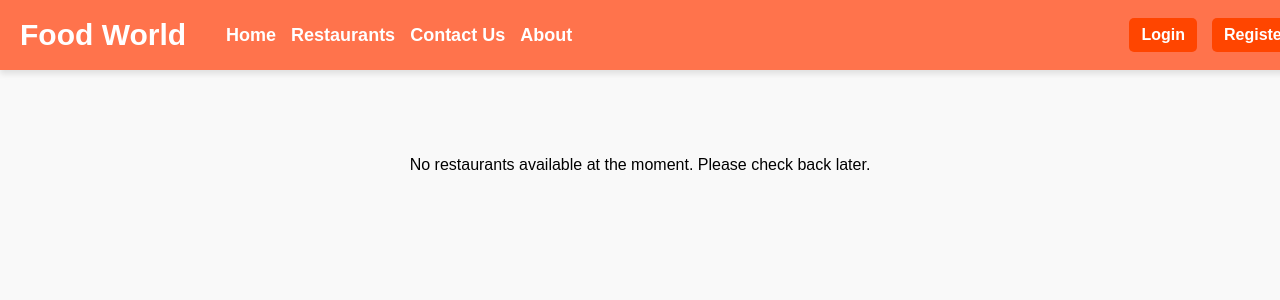
Repository: Sujith-B-S/Food-Application
Page: http://localhost/FoodApplication/home.jsp
An editor plug-in stored every save of this project. The page is shown before and after the next save, followed by the edit.
The browser window is 1280 px wide. The pictures show the whole page.
Some web fonts or font styles are not loaded; a fallback is used. The page is served by Tomcat 9.

Above is the page before, as saved 2024-11-16 17:59:01.

After the next save:
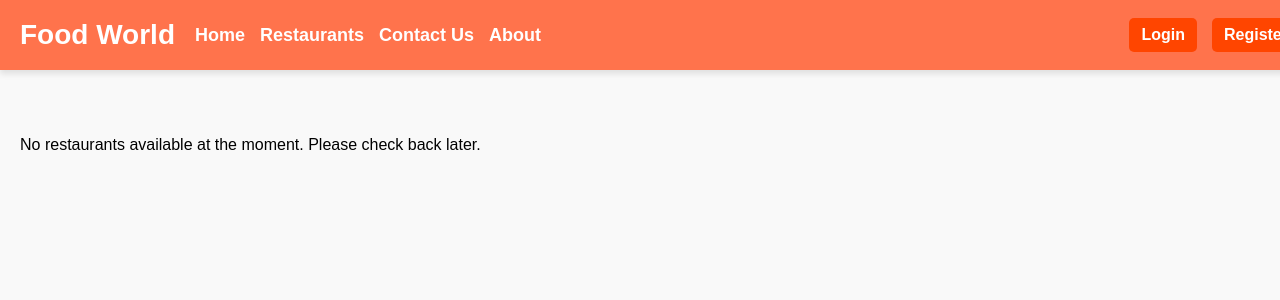
Saved 96 s later.
--- a/FoodApplication/src/main/webapp/home.jsp
+++ b/FoodApplication/src/main/webapp/home.jsp
@@ -40,17 +40,16 @@
         .navbar-left {
             display: flex;
             align-items: center;
-            gap: 20px;
         }
 
         .app-name {
-            font-size: 30px;
+            font-size: 28px;
             font-weight: 700;
             color: white;
             margin-right: 20px;
         }
 
-        .navbar nav {
+        nav {
             display: flex;
             gap: 15px;
         }
@@ -92,25 +91,49 @@
             background-color: #ff3300;
         }
 
-        /* Page Container */
+        /* Hamburger Menu */
+        .hamburger {
+            display: none;
+            flex-direction: column;
+            gap: 5px;
+            cursor: pointer;
+        }
+
+        .hamburger div {
+            width: 25px;
+            height: 3px;
+            background-color: white;
+        }
+
+        .navbar nav {
+            display: flex;
+        }
+
+        .navbar nav.active {
+            display: flex;
+            flex-direction: column;
+            background-color: #FF734C;
+            position: absolute;
+            top: 70px;
+            left: 0;
+            width: 100%;
+            padding: 10px 0;
+            z-index: 999;
+        }
+
         .container {
-            margin-top: 120px;
-            display: flex;
-            flex-wrap: wrap;
+            margin-top: 100px;
+            display: grid;
+            grid-template-columns: repeat(auto-fit, minmax(250px, 1fr));
             gap: 20px;
-            justify-content: center;
             padding: 20px;
-            text-align: center;
-        }
-
-        /* Card Design */
+        }
+
         .card {
-            width: 300px;
             border: 1px solid #ddd;
             border-radius: 10px;
             background-color: #fff;
             box-shadow: 0 4px 8px rgba(0, 0, 0, 0.1);
-            overflow: hidden;
             transition: transform 0.3s ease, box-shadow 0.3s ease;
         }
 
@@ -127,6 +150,7 @@
 
         .card-content {
             padding: 15px;
+            text-align: center;
         }
 
         .card-content h3 {
@@ -159,36 +183,48 @@
 
         /* Responsive Adjustments */
         @media (max-width: 768px) {
-            .navbar-left, .user-info {
-                flex-wrap: wrap;
-                justify-content: center;
+            .hamburger {
+                display: flex;
+            }
+
+            .navbar nav {
+                display: none;
+            }
+
+            .navbar nav.active {
+                display: flex;
             }
 
             .app-name {
                 font-size: 24px;
             }
 
-            .navbar nav {
-                flex-wrap: wrap;
-                justify-content: center;
-                gap: 10px;
-            }
-
             .user-info a {
                 font-size: 14px;
             }
-
-            .card {
-                width: 90%;
-            }
         }
     </style>
+    <script>
+        document.addEventListener('DOMContentLoaded', () => {
+            const hamburger = document.querySelector('.hamburger');
+            const nav = document.querySelector('.navbar nav');
+
+            hamburger.addEventListener('click', () => {
+                nav.classList.toggle('active');
+            });
+        });
+    </script>
 </head>
 <body>
     <!-- Navbar -->
     <div class="navbar">
         <div class="navbar-left">
             <p class="app-name">Food World</p>
+            <div class="hamburger">
+                <div></div>
+                <div></div>
+                <div></div>
+            </div>
             <nav>
                 <a href="home.jsp">Home</a>
                 <a href="restaurants.jsp">Restaurants</a>
